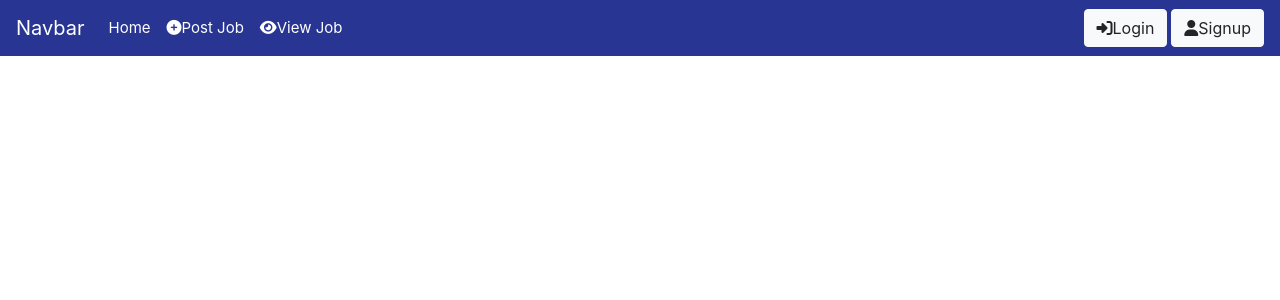
Repository: Pankaj08072001/Adv_Java
Page: http://localhost/06_Job_portal_Project/
These files come from the project's save history. The page is drawn as it stood at one moment and after the next save; the edit follows.
The browser window is 1280 px wide. The pictures show the whole page.
Some web libraries are served in a nearby version. The page is served by Tomcat 9. Other server files are loaded and not shown.

Above is the page before, as saved 2025-03-13 18:54:01.

### 06_Job_portal_Project/src/main/webapp/index.jsp
<%@ page language="java" contentType="text/html; charset=UTF-8"
	pageEncoding="UTF-8"%>
<!DOCTYPE html>
<html>
<head>
<meta charset="UTF-8">
<title>Insert title here</title>
<%@include file="All_component/All_css.jsp"%>
</head>
<body>
	<%@include file="All_component/Navbar.jsp"%>


</body>
</html>

### 06_Job_portal_Project/src/main/webapp/All_component/All_css.jsp
<link rel="stylesheet"
	href="https://cdn.jsdelivr.net/npm/bootstrap@4.0.0/dist/css/bootstrap.min.css"
	integrity="sha384-Gn5384xqQ1aoWXA+058RXPxPg6fy4IWvTNh0E263XmFcJlSAwiGgFAW/dAiS6JXm"
	crossorigin="anonymous">


<script src="https://code.jquery.com/jquery-3.2.1.slim.min.js"
	integrity="sha384-KJ3o2DKtIkvYIK3UENzmM7KCkRr/rE9/Qpg6aAZGJwFDMVNA/GpGFF93hXpG5KkN"
	crossorigin="anonymous"></script>
<script
	src="https://cdn.jsdelivr.net/npm/popper.js@1.12.9/dist/umd/popper.min.js"
	integrity="sha384-ApNbgh9B+Y1QKtv3Rn7W3mgPxhU9K/ScQsAP7hUibX39j7fakFPskvXusvfa0b4Q"
	crossorigin="anonymous"></script>
<script
	src="https://cdn.jsdelivr.net/npm/bootstrap@4.0.0/dist/js/bootstrap.min.js"
	integrity="sha384-JZR6Spejh4U02d8jOt6vLEHfe/JQGiRRSQQxSfFWpi1MquVdAyjUar5+76PVCmYl"
	crossorigin="anonymous"></script>

<link rel="stylesheet"
	href="https://cdnjs.cloudflare.com/ajax/libs/font-awesome/6.7.2/css/all.min.css"
	integrity="sha512-Evv84Mr4kqVGRNSgIGL/F/aIDqQb7xQ2vcrdIwxfjThSH8CSR7PBEakCr51Ck+w+/U6swU2Im1vVX0SVk9ABhg=="
	crossorigin="anonymous" referrerpolicy="no-referrer" />

	<link rel="Stylesheet" href ="All_component/Style.css" >

### 06_Job_portal_Project/src/main/webapp/All_component/Navbar.jsp
<nav class="navbar navbar-expand-lg navbar-dark bg-custom">
	<a class="navbar-brand" href="#">Navbar</a>
	<button class="navbar-toggler" type="button" data-toggle="collapse"
		data-target="#navbarSupportedContent"
		aria-controls="navbarSupportedContent" aria-expanded="false"
		aria-label="Toggle navigation">
		<span class="navbar-toggler-icon"></span>
	</button>

	<div class="collapse navbar-collapse" id="navbarSupportedContent">
		<ul class="navbar-nav mr-auto">
			<li class="nav-item active"><a class="nav-link" href="#">Home
					<span class="sr-only">(current)</span>
			</a></li>
			<li class="nav-item"><a class="nav-link" href="#"><i class="fas fa-plus-circle"></i>Post Job</a></li>
			<li class="nav-item"><a class="nav-link" href="#"><i class="fas fa-eye"></i>View Job</a></li>

		</ul>
		<form class="form-inline my-2 my-lg-0">
			<a href="#" class="btn btn-light mr-1"> <i class="fas fa-sign-in-alt"></i>Login</a>
			<a href ="#" class="btn btn-light"><i class="fas fa-user"></i>Signup</a>
		</form>
	</div>
</nav>

### 06_Job_portal_Project/src/main/webapp/All_component/Style.css
.bg-custom{
	background : #283593 !important;

}
.navbar .nav-item .nav-link{
	font-size: 15px;
	color : white;
}
.navbar .nav-item:hover .nav-link{
	background : white ;
	color : black;
	border-radius: 10px;
}

After the next save:
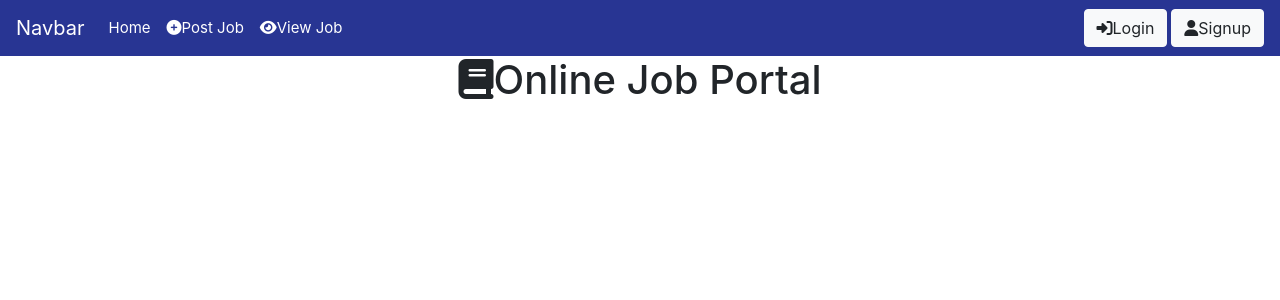
Saved 114 s later.
--- a/06_Job_portal_Project/src/main/webapp/index.jsp
+++ b/06_Job_portal_Project/src/main/webapp/index.jsp
@@ -9,7 +9,10 @@
 </head>
 <body>
 	<%@include file="All_component/Navbar.jsp"%>
+	<div class="text-center">
+	<h1><i class="fa fa-book" aria-hidden="true"></i>Online Job Portal</h1>
 
+	</div>
 
 </body>
 </html>
